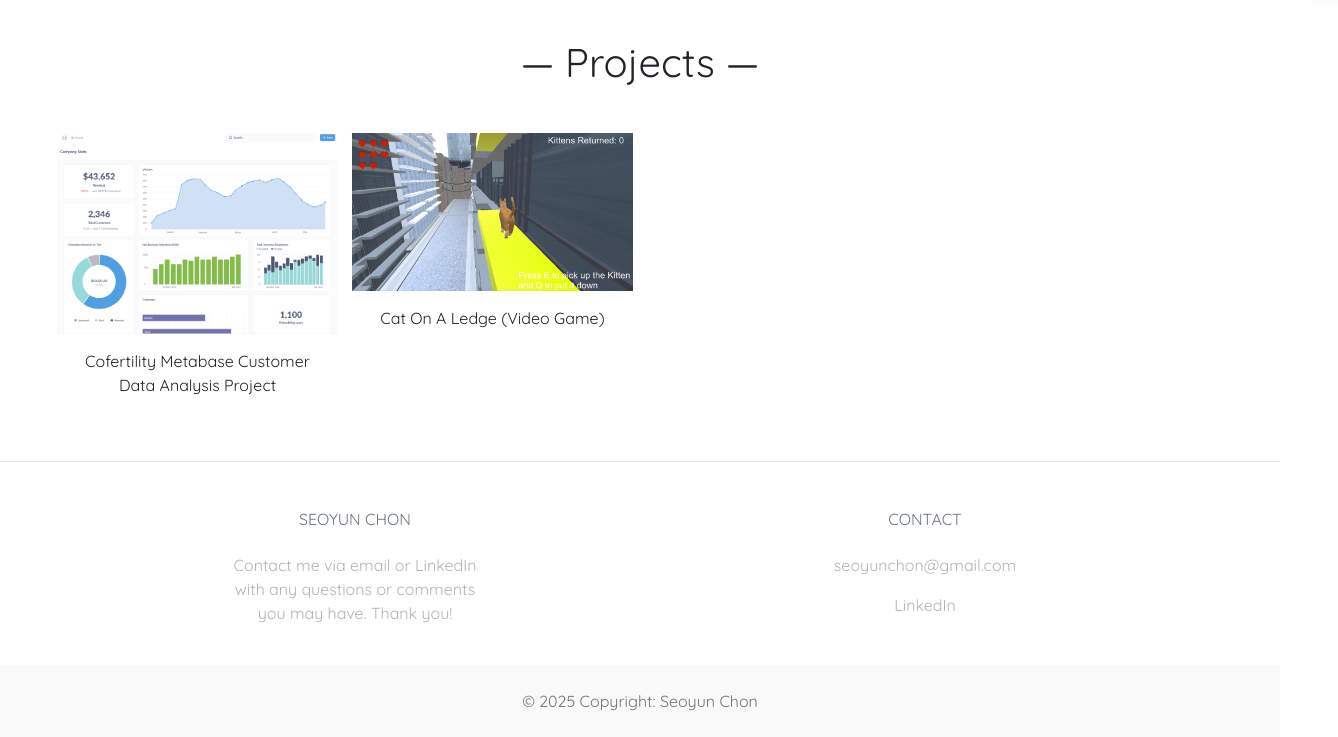
Repository: schon02/seoyun-chon-portfolio
Page: projects_catonaledge_page.html
An editor plug-in stored every save of this project. The page is shown before and after the next save, followed by the edit.
The browser window is 1280 px wide. The page is 1338 px wide, so the pictures cover 1338 px, including what lies to the right of the window. The pictures show the part of the page from y = 720 to 1457 px (the page is 1457 px tall before and 1440 px after).

Above is the page before, as saved 2025-01-31 16:12:28.

### projects_catonaledge_page.html
<!DOCTYPE html>
<html>
    <head>
        <!-- <link href="style.css" rel="stylesheet" /> -->

        <!-- Required meta tags -->
        <meta charset="utf-8">
        <meta name="viewport" content="width=device-width, initial-scale=1, shrink-to-fit=no">

        <link href="https://fonts.googleapis.com/css?family=Quicksand:400,600,700&display=swap" rel="stylesheet">

        <link rel="stylesheet" href="fonts/icomoon/style.css">

        <link rel="stylesheet" href="css/owl.carousel.min.css">

        <!-- Bootstrap CSS -->
        <link rel="stylesheet" href="css/bootstrap.min.css">

        <!-- Style -->
        <link rel="stylesheet" href="css/style.css">

        <title>Home Page</title>

    </head>

    <body>
        <!-- <header>
            <nav>
                <ul>
                    <li><a class="active" href="index.html">Home</a></li>
                    <li><a href="services_page.html">Services</a></li>
                    <li><a href="contact_page.html">Contact</a></li>
                </ul>
            </nav>
        </header> -->

        <div class="site-mobile-menu site-navbar-target">
            <div class="site-mobile-menu-header">
              <div class="site-mobile-menu-close mt-3">
                <span class="icon-close2 js-menu-toggle"></span>
              </div>
            </div>
            <div class="site-mobile-menu-body"></div>
          </div> <!-- .site-mobile-menu -->

        <div class="site-navbar-wrap">
            <div class="site-navbar-top">
              <div class="container py-3">
                <div class="row align-items-center">
                  <div class="col-6">
                    <div class="d-flex mr-auto">
                      <a href="#" class="d-flex align-items-center mr-4">
                        <span class="icon-envelope mr-2"></span>
                        <span class="d-none d-md-inline-block">seoyunchon@gmail.com</span>
                      </a>
                      <!-- <a href="#" class="d-flex align-items-center mr-auto">
                        <span class="icon-phone mr-2"></span>
                        <span class="d-none d-md-inline-block">+1 234 4567 8910</span>
                      </a> -->
                    </div>
                  </div>
                  <div class="col-6 text-right">
                    <div class="mr-auto">
                      <!-- <a href="#" class="p-2 pl-0"><span class="icon-twitter"></span></a> -->
                      <!-- <a href="#" class="p-2 pl-0"><span class="icon-facebook"></span></a> -->
                      <a href="https://www.linkedin.com/in/seoyun-chon/" class="p-2 pl-0"><span class="icon-linkedin"></span></a>
                      <!-- <a href="#" class="p-2 pl-0"><span class="icon-instagram"></span></a> -->
                    </div>

                  </div>
                </div>
              </div>
            </div>

            <div class="site-navbar site-navbar-target js-sticky-header">
              <div class="container">
                <div class="row align-items-center">
                  <div class="col-2">
                    <h1 class="my-0 site-logo"><a href="index.html">Seoyun&nbsp;Chon</a></h1>
                  </div>
                  <div class="col-10">
                    <nav class="site-navigation text-right" role="navigation">
                      <div class="container">
                        <div class="d-inline-block d-lg-none ml-md-0 mr-auto py-3"><a href="#" class="site-menu-toggle js-menu-toggle text-white"><span class="icon-menu h3"></span></a></div>

                        <ul class="site-menu main-menu js-clone-nav d-none d-lg-block">
                          <li><a href="index.html" class="nav-link">Home</a></li>
                          <li class="active"><a href="projects_page.html" class="nav-link">Projects</a></li>
                          <li class="has-children">
                            <a href="#" class="nav-link">Pages</a>
                            <ul class="dropdown arrow-top">
                              <li><a href="#" class="nav-link">Team</a></li>
                              <li><a href="#" class="nav-link">Pricing</a></li>
                              <li><a href="#" class="nav-link">FAQ</a></li>
                              <li class="has-children">
                                <a href="#">More Links</a>
                                <ul class="dropdown">
                                  <li><a href="#">Menu One</a></li>
                                  <li><a href="#">Menu Two</a></li>
                                  <li><a href="#">Menu Three</a></li>
                                </ul>
                              </li>
                            </ul>
                          </li>
                          <!-- <li><a href="#about-section" class="nav-link">About</a></li> -->
                          <li><a href="resume_page.html" class="nav-link">Resume</a></li>
                          <!-- <li><a href="#gallery-section" class="nav-link">Gallery</a></li> -->
                          <li><a href="contact_page.html" class="nav-link">Contact</a></li>
                        </ul>
                      </div>
                    </nav>
                  </div>
                </div>
              </div>
            </div>
          </div>


          <div class="hero" style="background-image: url('images/s2k2.JPG');"></div>


        <div class="text-center" style="padding-top: 1cm;">
          <h1>— Projects —</h1>
        </div>

<!-- -------------first row for products gallery----------------- -->

    <div style="padding-top: 1cm; margin: 0px 50px 0px 50px;">
      <div class="responsive">
        <div class="gallery">
          <a target="_blank" href="images/bottle-in-sand.jpg">
            <img src="images/metabase-product-screenshot.png" alt="Cinque Terre" width="600" height="400">
          </a>
          <div class="desc">Cofertility Metabase Customer Data Analysis Project</div>
        </div>
      </div>


      <div class="responsive">
        <div class="gallery">
          <a target="_blank" href="images/black-bottle.jpg">
            <img src="images/Screenshot 2025-01-30 161942.jpg" alt="Forest" width="600" height="400">
          </a>
          <div class="desc">Cat On A Ledge (Video Game) </div>
        </div>
      </div>

      <!-- <div class="responsive">
        <div class="gallery">
          <a target="_blank" href="images/pink-bottle.jpg">
            <img src="images/pink-bottle.jpg" alt="Northern Lights" width="600" height="400">
          </a>
          <div class="desc">Peony Petals</div>
        </div>
      </div>

      <div class="responsive">
        <div class="gallery">
          <a target="_blank" href="images/amber-bottle.jpg">
            <img src="images/amber-bottle.jpg" alt="Mountains" width="600" height="400">
          </a>
          <div class="desc">Lavender Amber</div>
        </div>
      </div> -->

      <div class="clearfix"></div>
    </div>

<!-- -------------second row for products gallery----------------- -->

    <!-- <div style="padding-top: 1cm; margin: 0px 50px 0px 50px;">
        <div class="responsive">
          <div class="gallery">
            <a target="_blank" href="images/smokey-amber-bottle.jpg">
              <img src="images/smokey-amber-bottle.jpg" alt="Cinque Terre" width="600" height="400">
            </a>
            <div class="desc">Smokey Amber Musk</div>
          </div>
        </div>


        <div class="responsive">
          <div class="gallery">
            <a target="_blank" href="images/blue-ocean-bottle.jpg">
              <img src="images/blue-ocean-bottle.jpg" alt="Forest" width="600" height="400">
            </a>
            <div class="desc">Salty Sea</div>
          </div>
        </div>

        <div class="responsive">
          <div class="gallery">
            <a target="_blank" href="images/fresh-sheets-bottle.jpg">
              <img src="images/fresh-sheets-bottle.jpg" alt="Northern Lights" width="600" height="400">
            </a>
            <div class="desc">Fresh Sheets</div>
          </div>
        </div>

        <div class="responsive">
          <div class="gallery">
            <a target="_blank" href="images/lavender-bottle.jpg">
              <img src="images/lavender-bottle.jpg" alt="Mountains" width="600" height="400">
            </a>
            <div class="desc">Lavender Love</div>
          </div>
        </div>

        <div class="clearfix"></div>
      </div> -->

        <script src="js/jquery-3.3.1.min.js"></script>
        <script src="js/popper.min.js"></script>
        <script src="js/bootstrap.min.js"></script>
        <script src="js/jquery.sticky.js"></script>
        <script src="js/main.js"></script>

    </body>

<!-- Footer -->
<footer class="text-center text-lg-start bg-white text-muted">

  <section class="d-flex justify-content-center justify-content-lg-between p-4 border-bottom">
  </section>

  <!-- Section: Links  -->
  <section class="">
    <div class="container text-center text-md-start mt-5">
      <!-- Grid row -->
      <div class="row mt-3">
        <!-- Grid column -->
        <div class="col-md-3 col-lg-4 col-xl-3 mx-auto mb-4">
          <!-- Content -->
          <h6 class="text-uppercase fw-bold mb-4">
            <i class="fas fa-gem me-3 text-secondary"></i>Seoyun Chon
          </h6>
          <p>
            Contact me via email or LinkedIn with any questions or comments you may have. Thank you!
          </p>
        </div>
        <!-- Grid column -->

        <!-- Grid column -->
        <div class="col-md-4 col-lg-3 col-xl-3 mx-auto mb-md-0 mb-4">
          <!-- Links -->
          <h6 class="text-uppercase fw-bold mb-4">Contact</h6>
          <p><i class="fas fa-home me-3 text-secondary"></i> seoyunchon@gmail.com</p>
          <p>
            <i class="fas fa-envelope me-3 text-secondary"></i>
            <a href="https://www.linkedin.com/in/seoyun-chon/" class="text-reset"> LinkedIn </a>
          </p>
        </div>
        <!-- Grid column -->
      </div>
      <!-- Grid row -->
    </div>
  </section>
  <!-- Section: Links  -->

  <!-- Copyright -->
  <div class="text-center p-4" style="background-color: rgba(0, 0, 0, 0.025);">
    © 2025 Copyright:
    <a class="text-reset fw-bold" href="https://mdbootstrap.com/">Seoyun Chon</a>
  </div>
  <!-- Copyright -->
</footer>
<!-- Footer -->


</html>

Loaded but not shown: fonts/icomoon/style.css (common file); css/owl.carousel.min.css (library); css/bootstrap.min.css (library); js/jquery-3.3.1.min.js (library); js/popper.min.js (library); js/bootstrap.min.js (library); js/jquery.sticky.js (library); js/main.js (87 lines, source omitted); css/style.css (448 lines, source omitted)

After the next save:
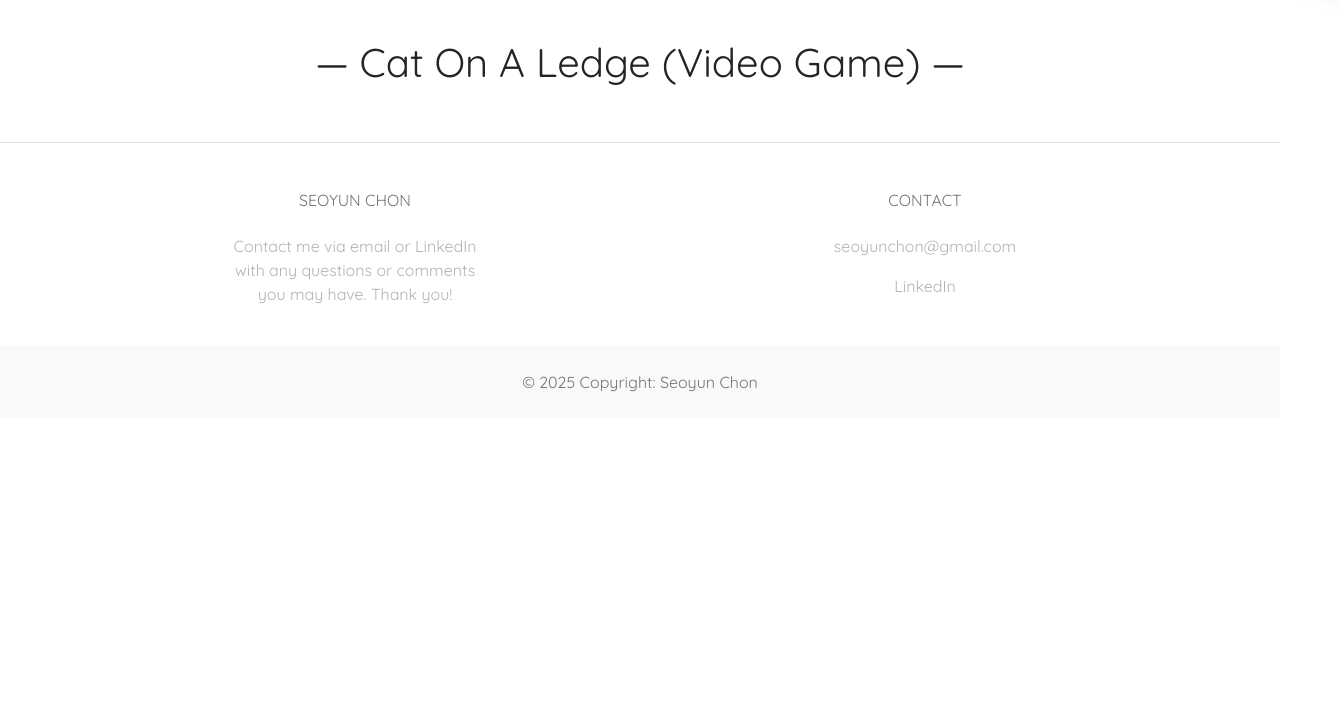
Saved 1 s later.
--- a/projects_catonaledge_page.html
+++ b/projects_catonaledge_page.html
@@ -120,94 +120,12 @@
 
 
         <div class="text-center" style="padding-top: 1cm;">
-          <h1>— Projects —</h1>
-        </div>
-
-<!-- -------------first row for products gallery----------------- -->
-
-    <div style="padding-top: 1cm; margin: 0px 50px 0px 50px;">
-      <div class="responsive">
-        <div class="gallery">
-          <a target="_blank" href="images/bottle-in-sand.jpg">
-            <img src="images/metabase-product-screenshot.png" alt="Cinque Terre" width="600" height="400">
-          </a>
-          <div class="desc">Cofertility Metabase Customer Data Analysis Project</div>
-        </div>
-      </div>
-
-
-      <div class="responsive">
-        <div class="gallery">
-          <a target="_blank" href="images/black-bottle.jpg">
-            <img src="images/Screenshot 2025-01-30 161942.jpg" alt="Forest" width="600" height="400">
-          </a>
-          <div class="desc">Cat On A Ledge (Video Game) </div>
-        </div>
-      </div>
-
-      <!-- <div class="responsive">
-        <div class="gallery">
-          <a target="_blank" href="images/pink-bottle.jpg">
-            <img src="images/pink-bottle.jpg" alt="Northern Lights" width="600" height="400">
-          </a>
-          <div class="desc">Peony Petals</div>
-        </div>
-      </div>
-
-      <div class="responsive">
-        <div class="gallery">
-          <a target="_blank" href="images/amber-bottle.jpg">
-            <img src="images/amber-bottle.jpg" alt="Mountains" width="600" height="400">
-          </a>
-          <div class="desc">Lavender Amber</div>
-        </div>
-      </div> -->
-
-      <div class="clearfix"></div>
-    </div>
-
-<!-- -------------second row for products gallery----------------- -->
-
-    <!-- <div style="padding-top: 1cm; margin: 0px 50px 0px 50px;">
-        <div class="responsive">
-          <div class="gallery">
-            <a target="_blank" href="images/smokey-amber-bottle.jpg">
-              <img src="images/smokey-amber-bottle.jpg" alt="Cinque Terre" width="600" height="400">
-            </a>
-            <div class="desc">Smokey Amber Musk</div>
-          </div>
+          <h1>— Cat On A Ledge (Video Game) —</h1>
         </div>
 
 
-        <div class="responsive">
-          <div class="gallery">
-            <a target="_blank" href="images/blue-ocean-bottle.jpg">
-              <img src="images/blue-ocean-bottle.jpg" alt="Forest" width="600" height="400">
-            </a>
-            <div class="desc">Salty Sea</div>
-          </div>
-        </div>
 
-        <div class="responsive">
-          <div class="gallery">
-            <a target="_blank" href="images/fresh-sheets-bottle.jpg">
-              <img src="images/fresh-sheets-bottle.jpg" alt="Northern Lights" width="600" height="400">
-            </a>
-            <div class="desc">Fresh Sheets</div>
-          </div>
-        </div>
 
-        <div class="responsive">
-          <div class="gallery">
-            <a target="_blank" href="images/lavender-bottle.jpg">
-              <img src="images/lavender-bottle.jpg" alt="Mountains" width="600" height="400">
-            </a>
-            <div class="desc">Lavender Love</div>
-          </div>
-        </div>
-
-        <div class="clearfix"></div>
-      </div> -->
 
         <script src="js/jquery-3.3.1.min.js"></script>
         <script src="js/popper.min.js"></script>
